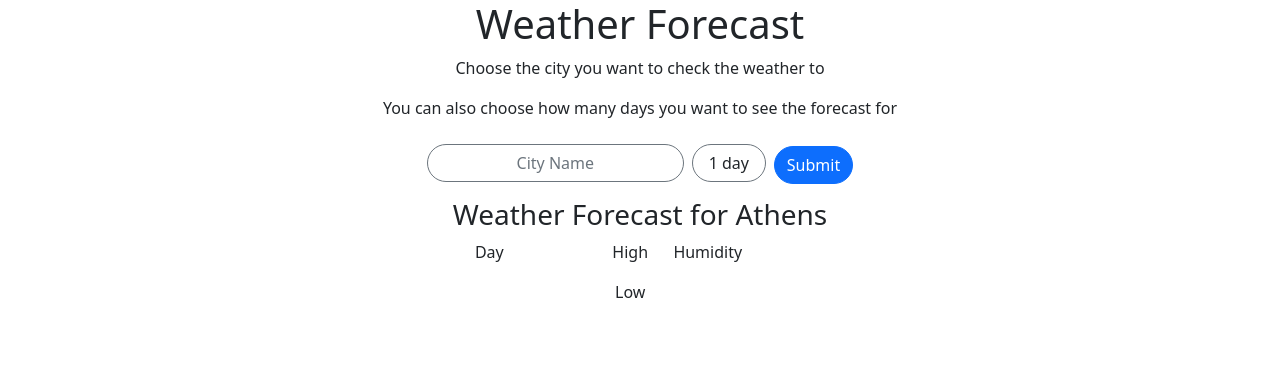
Repository: DimitrisDoxopoulos/my-own-weather-app
Page: /
The author's editor kept a copy of each file at every save. The page is drawn from the files as they stood at one save, then again after the next save.
The browser window is 1280 px wide. The pictures show the whole page.
The project was rebuilt for these pictures with package versions that can differ from the ones it lists, and the page was loaded fresh each time.

Above is the page before, as saved 2021-06-03 19:51:07.

### src/App.js
import './App.css';

/*--------------- Importing Components ------------------- */
import Wrapper from './components/Wrapper'
import Header from './components/Header'
import Tagline from './components/Tagline'
import Form from './components/Form'
import WeatherForecast from './components/WeatherForecast';
/*--------------- Importing Components ------------------- */

function App() {
  return (
    <div className="App">
      <Wrapper>
        <Header />
        <Tagline />
        <Form />
        <WeatherForecast />
      </Wrapper>
    </div>
  );
}

export default App;

### src/App.css
.App {
  /* text-align: center; */
}

.App-logo {
  height: 40vmin;
  pointer-events: none;
}

.App-header {
  background-color: #282c34;
  min-height: 100vh;
  display: flex;
  flex-direction: column;
  align-items: center;
  justify-content: center;
  font-size: calc(10px + 2vmin);
  color: white;
}

.App-link {
  color: #61dafb;
}

### src/components/Wrapper.js
import React from 'react';

const Wrapper = (props) => {
    return(
    <div className='container d-flex flex-column justify-content-center align-items-center'>
        { props.children }
    </div>
    )
}

export default Wrapper;

### src/components/Header.js
import React from 'react'

const Header = () => {
    return (
        <div className="">
            <h1 className="">Weather Forecast</h1>
        </div>
    )
}

export default Header

### src/components/Tagline.js
import React from 'react'

const Tagline = () => {
    return (
        <div className="text-center">
            <p>Choose the city you want to check the weather to</p>
            <p>You can also choose how many days you want to see the forecast for</p>
        </div>
    )
}

export default Tagline

### src/components/Form.js
import React from 'react'

const Form = () => {
    return (
        <div>
            <form className="d-flex align-items-center">
                <div className="form-group">
                    <input type="text" className="form-control border-secondary rounded-pill text-center" id="exampleFormControlInput1" placeholder="City Name" />
                </div>
                <div className="form-group d-flex p-2">
                    <select className="form-control border-secondary rounded-pill text-center" id="exampleFormControlSelect1" placeholder="How many days?">
                        <option value="1">1 day</option>
                        <option value="2">2 days</option>
                        <option value="3">3 days</option>
                        <option value="4">4 days</option>
                        <option value="5">5 days</option>
                    </select>
                </div>
                <input className="btn btn-primary mt-1 rounded-pill" type="submit" value="Submit" />
            </form>
        </div>
    )
}

export default Form

### src/components/WeatherForecast.js
import React from 'react'

const WeatherForecast = () => {
    return (
        <div className="text-center p-2">
            <h3 className="h-3">Weather Forecast for Athens</h3>
            <div className="container">
                <div className="row">
                    <div className="col-sm">
                        <p>Day</p>
                    </div>
                    <div className="col-sm">
                        <image src="" alt='weather icon' />
                    </div>
                    <div className="col-sm-2">
                        <div className="col-sm">
                            <p>High</p>
                        </div>
                        <div className="col-sm">
                            <p>Low</p>
                        </div>
                    </div>
                    <div className="col-sm">
                        <p>Humidity</p>
                    </div>
                    <div className="col-sm">
                        <p></p>
                    </div>
                </div>
            </div>

        </div>
    )
}

export default WeatherForecast

Loaded but not shown: public/index.html (common file); src/index.js (common file); src/index.css (common file); src/reportWebVitals.js (common file)

After the next save:
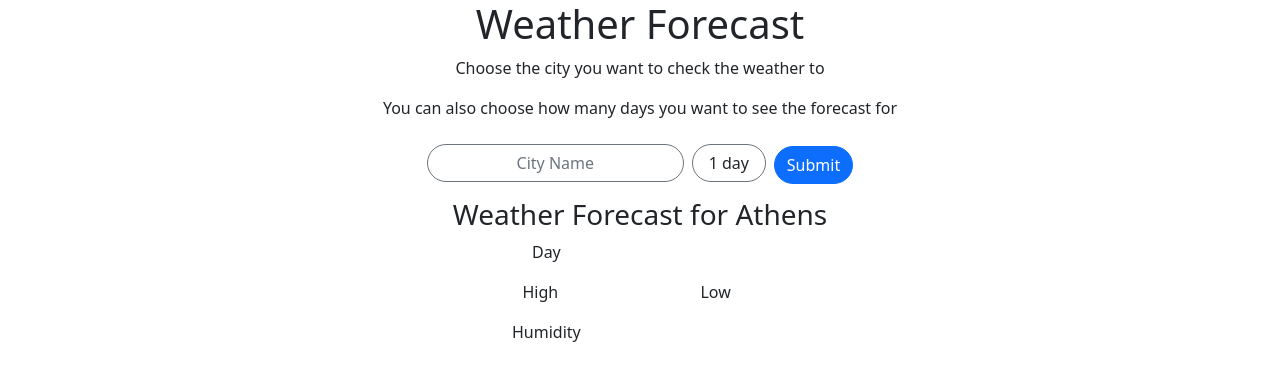
Saved 9 s later.
--- a/src/components/WeatherForecast.js
+++ b/src/components/WeatherForecast.js
@@ -12,7 +12,7 @@ const WeatherForecast = () => {
                     <div className="col-sm">
                         <image src="" alt='weather icon' />
                     </div>
-                    <div className="col-sm-2">
+                    <div className="row">
                         <div className="col-sm">
                             <p>High</p>
                         </div>

After the save that followed:
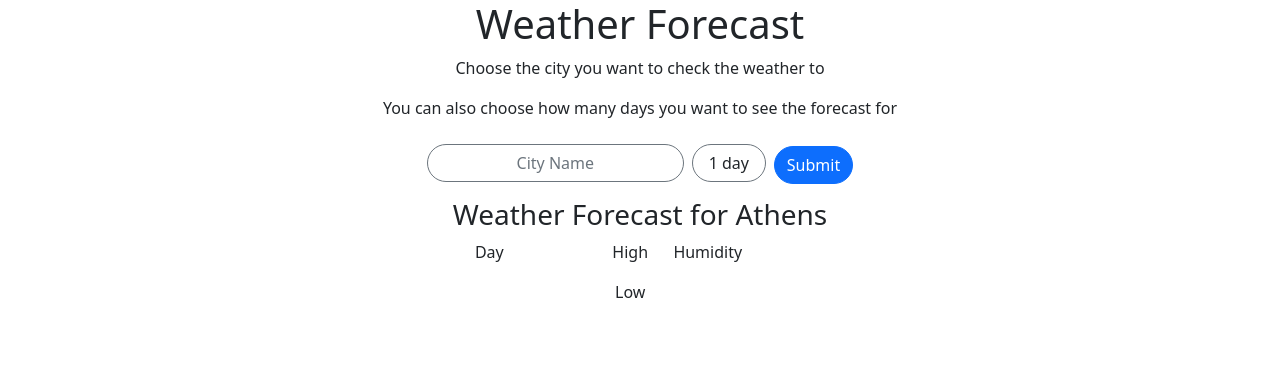
Saved 13 s later.
--- a/src/components/WeatherForecast.js
+++ b/src/components/WeatherForecast.js
@@ -12,13 +12,13 @@ const WeatherForecast = () => {
                     <div className="col-sm">
                         <image src="" alt='weather icon' />
                     </div>
-                    <div className="row">
-                        <div className="col-sm">
-                            <p>High</p>
-                        </div>
-                        <div className="col-sm">
-                            <p>Low</p>
-                        </div>
+                    <div className="col-sm-2">
+                            <div className="col-sm">
+                                <p>High</p>
+                            </div>
+                            <div className="col-sm">
+                                <p>Low</p>
+                            </div>
                     </div>
                     <div className="col-sm">
                         <p>Humidity</p>
